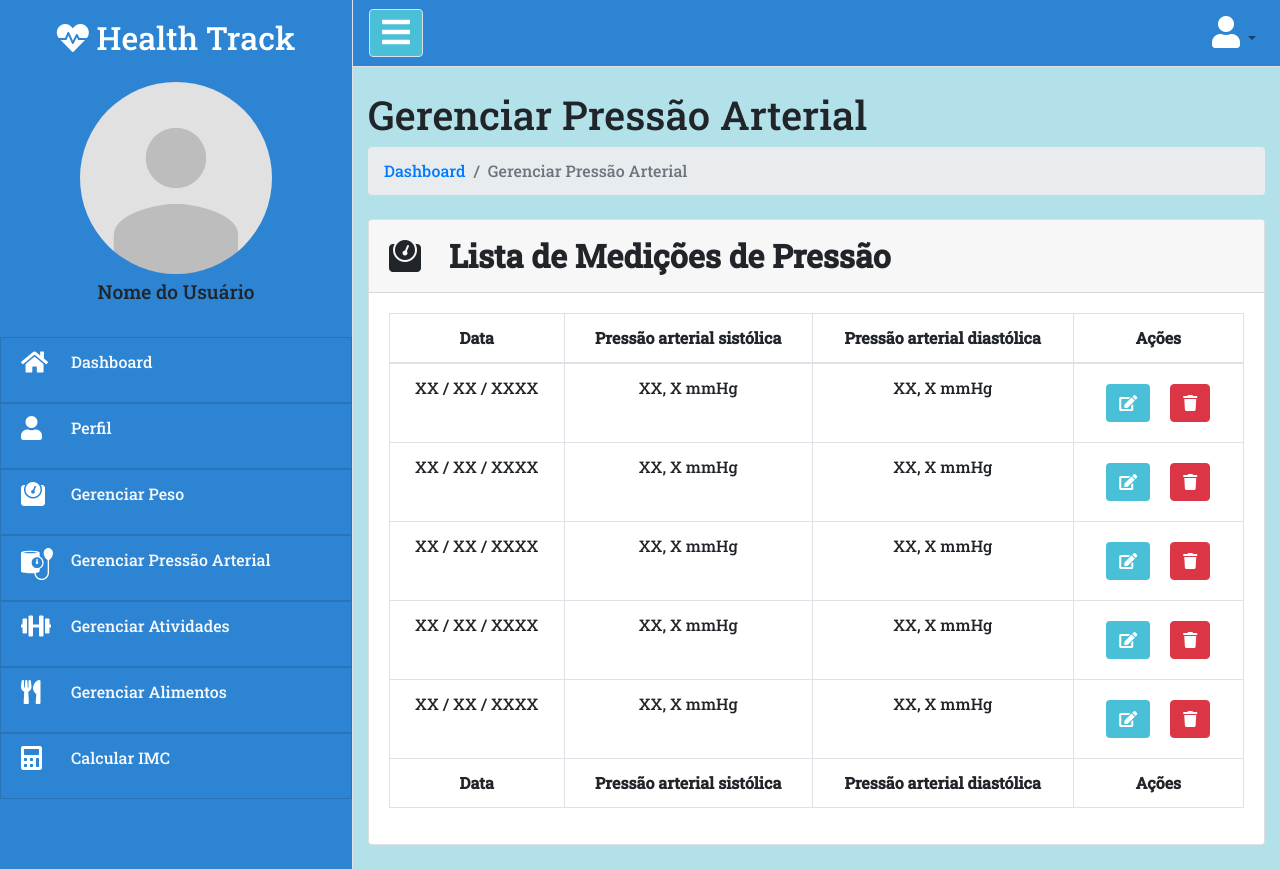
Repository: Kendysan88/projetoHealthTrack
Page: http://localhost/HealthTrack/blood-pressure.jsp
An editor plug-in stored every save of this project. The page is shown before and after the next save, followed by the edit.
The browser window is 1280 px wide. The pictures show the whole page.
Some web libraries are served in a nearby version. The page is served by Tomcat 9. Other server files are loaded and not shown.

Above is the page before, as saved 2020-11-02 15:47:44.
Console error: TypeError: Cannot read properties of null (reading 'length')

### Integration/HealthTrack/WebContent/blood-pressure.jsp
<%@ page language="java" contentType="text/html; charset=ISO-8859-1"
	pageEncoding="ISO-8859-1"%>
<!DOCTYPE html>
<html>
<head>
<meta charset="ISO-8859-1">
<title>Pressão Sanguínea</title>
<%@ include file="header.jsp"%>
</head>
<body>
	<main class="d-flex" id="recolhe-menu">

		<!-- Menu Lateral -->
		<%@ include file="menu-aside.jsp"%>
		<!-- Fim-->

		<!-- Conteúdo da Página -->
		<section id="conteudo-pagina">

			<!-- Menu para deslogar -->
			<%@ include file="menu-top.jsp"%>
			<!-- Fim -->

			<!-- Conteúdo Principal -->
			<div class="container-fluid">
				<h1 class="mt-4">Gerenciar Pressão Arterial</h1>
				<ol class="breadcrumb mb-4">
					<li class="breadcrumb-item"><a href="home.jsp">Dashboard</a></li>
					<li class="breadcrumb-item active">Gerenciar Pressão Arterial</li>
				</ol>
				<div class="card mb-4">
					<div class="card-header cartao-titulo">
						<i class="icone-cartao fas fa-weight"></i> Lista de Medições de
						Pressão
					</div>
					<div class="card-body">
						<div class="table-responsive text-center">
							<table class="table table-bordered" id="" width="100%"
								cellspacing="0">
								<thead>
									<tr>
										<th>Data</th>
										<th>Pressão arterial sistólica</th>
										<th>Pressão arterial diastólica</th>
										<th>Ações</th>
									</tr>
								</thead>
								<tfoot>
									<tr>
										<th>Data</th>
										<th>Pressão arterial sistólica</th>
										<th>Pressão arterial diastólica</th>
										<th>Ações</th>
									</tr>
								</tfoot>
								<tbody>
									<tr>
										<td>XX / XX / XXXX</td>
										<td>XX, X mmHg</td>
										<td>XX, X mmHg</td>
										<td>
											<button type="button" class="btn m-2 cor-botao"
												data-target="#modalPressao" data-toggle="modal">
												<i class="fas fa-edit"></i>
											</button>
											<button type="button" class="btn m-2 btn-danger">
												<i class="fas fa-trash"></i>
											</button>
										</td>
									</tr>
									<tr>
										<td>XX / XX / XXXX</td>
										<td>XX, X mmHg</td>
										<td>XX, X mmHg</td>
										<td>
											<button type="button" class="btn m-2 cor-botao">
												<i class="fas fa-edit"></i>
											</button>
											<button type="button" class="btn m-2 btn-danger">
												<i class="fas fa-trash"></i>
											</button>
										</td>
									</tr>
									<tr>
										<td>XX / XX / XXXX</td>
										<td>XX, X mmHg</td>
										<td>XX, X mmHg</td>
										<td>
											<button type="button" class="btn m-2 cor-botao">
												<i class="fas fa-edit"></i>
											</button>
											<button type="button" class="btn m-2 btn-danger">
												<i class="fas fa-trash"></i>
											</button>
										</td>
									</tr>
									<tr>
										<td>XX / XX / XXXX</td>
										<td>XX, X mmHg</td>
										<td>XX, X mmHg</td>
										<td>
											<button type="button" class="btn m-2 cor-botao">
												<i class="fas fa-edit"></i>
											</button>
											<button type="button" class="btn m-2 btn-danger">
												<i class="fas fa-trash"></i>
											</button>
										</td>
									</tr>
									<tr>
										<td>XX / XX / XXXX</td>
										<td>XX, X mmHg</td>
										<td>XX, X mmHg</td>
										<td>
											<button type="button" class="btn m-2 cor-botao">
												<i class="fas fa-edit"></i>
											</button>
											<button type="button" class="btn m-2 btn-danger">
												<i class="fas fa-trash"></i>
											</button>
										</td>
									</tr>
								</tbody>
							</table>
						</div>
					</div>
				</div>
			</div>
			<!-- Fim -->
		</section>
		<!-- Fim -->
	</main>

	<%@ include file="footer.jsp"%>

	<!-- Modal Pressão Sanguínea -->
	<%@ include file="blood-pressure-modal.jsp"%>
	<!-- Fim Modal Pressão Sanguínea -->
</body>
</html>

### Integration/HealthTrack/WebContent/header.jsp
<%@ page language="java" contentType="text/html; charset=ISO-8859-1"
    pageEncoding="ISO-8859-1"%>
<!DOCTYPE html>
<html>
<head>
<meta charset="ISO-8859-1">
<link rel="stylesheet" href="resources/css/bootstrap/bootstrap.min.css">
<link rel="stylesheet" href="resources/css/index.css">
<link rel="stylesheet" href="https://use.fontawesome.com/releases/v5.7.0/css/all.css" integrity="sha384-lZN37f5QGtY3VHgisS14W3ExzMWZxybE1SJSEsQp9S+oqd12jhcu+A56Ebc1zFSJ" crossorigin="anonymous">
<link href="https://fonts.googleapis.com/css2?family=Roboto+Slab:wght@500&display=swap" rel="stylesheet">
<title>Insert title here</title>
</head>
<body>
</body>
</html>

### Integration/HealthTrack/WebContent/menu-aside.jsp
<%@ page language="java" contentType="text/html; charset=ISO-8859-1"
	pageEncoding="ISO-8859-1"%>
<!DOCTYPE html>
<html>
<head>
<meta charset="ISO-8859-1">
<title>Insert title here</title>
</head>
<body>
	<aside class="cor-especial border-right" id="menu-lateral">
		<div class="menu-lateral-posicao">
			<div class="text-center">
				<p class="titulo-menu-lateral">
					<i class="icones-cabecalho fas fa-heartbeat"></i> Health Track
				</p>
				<img src="resources/img/avatar.png" class="img-fluid p-1 rounded-circle"
					alt="Foto do Usuário">
				<p>Nome do Usuário</p>
			</div>
		</div>
		<ul class="list-group list-group-flush">
			<li><a href="home.jsp"
				class="lista-lateral cor-especial list-group-item"> <i
					class="icones-menu-lateral fas fa-home"></i>
					<p>Dashboard</p>
			</a></li>
			<li><a href="user.jsp"
				class="lista-lateral cor-especial list-group-item"> <i
					class="icones-menu-lateral fas fa-user"></i>
					<p>Perfil</p>
			</a></li>
			<li><a href="weight.jsp"
				class="lista-lateral cor-especial list-group-item"> <i
					class="icones-menu-lateral fas fa-weight"></i>
					<p>Gerenciar Peso</p>
			</a></li>
			<li><a href="blood-pressure.jsp"
				class="lista-lateral cor-especial list-group-item"> <img
					src="resources/img/blood-pressure-white.svg"
					class="icone-pressao-arterial-branco">
					<p>Gerenciar Pressão Arterial</p>
			</a></li>
			<li><a href="physical-activity.jsp"
				class="lista-lateral cor-especial list-group-item"> <i
					class="icones-menu-lateral fas fa-dumbbell"></i>
					<p>Gerenciar Atividades</p>
			</a></li>
			<li><a href="food.jsp"
				class="lista-lateral cor-especial list-group-item"> <i
					class="icones-menu-lateral fas fa-utensils"></i>
					<p>Gerenciar Alimentos</p>
			</a></li>
			<li><a href="bmi.jsp"
				class="lista-lateral cor-especial list-group-item"> <i
					class="icones-menu-lateral fas fa-calculator"></i>
					<p>Calcular IMC</p>
			</a></li>
		</ul>
	</aside>
</body>
</html>

### Integration/HealthTrack/WebContent/menu-top.jsp
<%@ page language="java" contentType="text/html; charset=ISO-8859-1"
	pageEncoding="ISO-8859-1"%>
<!DOCTYPE html>
<html>
<head>
<meta charset="ISO-8859-1">
<title>Insert title here</title>
</head>
<body>
	<header>
		<nav
			class="navbar navbar-expand-lg navbar-light cor-especial border-bottom">
			<button class="btn cor-botao border" id="botao-recolhe">
				<i class="icones-cabecalho fas fa-bars"></i>
			</button>

			<button class="navbar-toggler cor-botao border" type="button"
				data-toggle="collapse" data-target="#menu-deslogar"
				aria-controls="menu-deslogar" aria-expanded="false"
				aria-label="Toggle navigation">
				<i class="icones-cabecalho fas fa-sign-out-alt"></i>
			</button>

			<div class="collapse navbar-collapse" id="menu-deslogar">
				<ul class="navbar-nav ml-auto mt-2 mt-lg-0">
					<li class="nav-item dropdown"><a
						class="nav-link dropdown-toggle" href="#" id="navbarDropdown"
						role="button" data-toggle="dropdown" aria-haspopup="true"
						aria-expanded="false"> <i class="icones-cabecalho fas fa-user"></i>
					</a>
						<div class="dropdown-menu dropdown-menu-right"
							aria-labelledby="navbarDropdown">
							<a class="dropdown-item" href="login.html">Deslogar</a>
						</div>
					</li>
				</ul>
			</div>
		</nav>
	</header>
</body>
</html>

### Integration/HealthTrack/WebContent/footer.jsp
<%@ page language="java" contentType="text/html; charset=ISO-8859-1"
    pageEncoding="ISO-8859-1"%>
<!DOCTYPE html>
<html>
<head>
<meta charset="ISO-8859-1">
<title>Insert title here</title>
</head>
<body>
    <script src="resources/js/jquery.min.js"></script>
    <script src="resources/js/bootstrap/bootstrap.min.js"></script>
    <script src="https://cdnjs.cloudflare.com/ajax/libs/Chart.js/2.8.0/Chart.min.js" crossorigin="anonymous"></script>
    <script src="resources/js/javascript.js"></script>
</body>
</html>

### Integration/HealthTrack/WebContent/blood-pressure-modal.jsp
<%@ page language="java" contentType="text/html; charset=ISO-8859-1"
	pageEncoding="ISO-8859-1"%>
<!DOCTYPE html>
<html>
<head>
<meta charset="ISO-8859-1">
<title></title>
</head>
<body>
	<div class="modal fade" id="modalPressao" tabindex="-1" role="dialog"
		aria-labelledby="exampleModalLabel" aria-hidden="true">
		<div class="modal-dialog">
			<div class="modal-content">
				<div class="modal-header">
					<h5 class="modal-title" id="modalPressao">Editar Pressão
						Arterial</h5>
					<button type="button" class="close" data-dismiss="modal"
						aria-label="Close">
						<span aria-hidden="true">&times;</span>
					</button>
				</div>
				<div class="modal-body">
					<form>
						<div class="form-row">
							<div class=" form-group col-md-6">
								<label for="">Pressão Arterial Sistólica</label> <input
									type="text" name="" id="" class="form-control">
							</div>
							<div class="form-group col-md-6">
								<label for="">Pressão Arterial Diastólica</label> <input
									type="text" name="" id="" class="form-control">
							</div>
						</div>
						<div class="form-row">
							<div class=" form-group col-md-6">
								<label for="">Data</label> <input type="date" name="" id=""
									class="form-control">
							</div>
							<div class="form-group col-md-6">
								<label for="">Horário</label> <input type="time" name="" id=""
									class="form-control">
							</div>
						</div>
					</form>
				</div>
				<div class="modal-footer">
					<button type="button" class="btn btn-secondary"
						data-dismiss="modal">Fechar</button>
					<button type="button" class="btn btn-primary">Salvar</button>
				</div>
			</div>
		</div>
	</div>
</body>
</html>

### Integration/HealthTrack/WebContent/resources/css/index.css
html {
  font-size: 1rem;
}

body {
  font-family: 'Roboto Slab', serif;
  overflow-x: hidden;
}
/* CSS DO LOGIN */

#bodyLogin {
  background-image: url(../img/bgHealthTrack.jpg);
  background-size: cover;
  background-repeat: no-repeat;
  background-attachment: fixed;
}

#card-tela-login {
  position: absolute;
  top: 50%;
  left: 50%;
  transform: translate(-50%, -50%);
  box-shadow: 1px 5px 30px rgb(195, 195, 195);
  background-color: #B3E1EA;
  width: 30rem;
  ;
}

/* Fim */

.cor-especial {
  background-color: #2C84D3;
}

.cor-botao {
  background-color: #49C0D7;
  color: #ffffff;
}

/* CSS do Cabeçalho e do Menu Lateral */

#menu-lateral {
  min-height: 100vh;
  margin-left: -22rem;
  -webkit-transition: margin .25s ease-out;
  -moz-transition: margin .25s ease-out;
  -o-transition: margin .25s ease-out;
  transition: margin .25s ease-out;
}

#menu-lateral .menu-lateral-posicao {
  padding: 0.875rem 1.25rem;
  font-size: 1.2rem;
}

#menu-lateral .list-group {
  width: 22rem;
}

#recolhe-menu.toggled #menu-lateral {
  margin-left: 0;
}

.lista-lateral p {
  margin-left: 50px;
}

.titulo-menu-lateral, .icones-cabecalho {
  font-size: 2rem;
  color: #ffffff;
}

.icones-menu-lateral {
  font-size: 1.5rem;
  color: #ffffff;
  float: left;
}

.icone-pressao-arterial-branco{
  float: left;
  width: 2rem;
  height: 2rem;
}

.icone-pressao-arterial-preto{
  margin-right: 20px;
  width: 2rem;
  height: 2rem;
}

a.lista-lateral {
  color: #F5F9FB;
  text-decoration: none;
}

a.lista-lateral:hover {
  background-color: #98C4D9;
}

/* fim */

#conteudo-pagina {
  min-width: 100vw;
  background-color: #B3E1EA;
}

.icone-cartao {
  margin-right: 20px;
  font-size: 2rem;
  width: 2rem;
  height: 2rem;
  font-weight: bold;
}

.cartao-texto, .cartao-titulo, .icones-rodape, .icones-login {
  font-size: 2rem;
  font-weight: bold;
}

.cartao-titulo-perfil {
  font-weight: 200;
  color: #ffffff;
}

/* Responsividade */

@media (max-width: 320px) {
  #card-tela-login {
    width: 19rem;
  }
}

/* Dispositivos Pequenos (Smartphones) */

@media (min-width: 360px) and (max-width: 640px) {
  #card-tela-login {
    width: 22rem;
  }
}
@media (min-width: 411px) and (max-width: 731px) {
  #card-tela-login {
    width: 25rem;
  }
}

/* Dispositivos Médios (Tablets) */

@media (min-width: 768px) and (max-width: 1024px) {
  #menu-lateral {
    margin-left: 0;
  }
  #conteudo-pagina {
    min-width: 0;
    width: 100%;
  }
  #recolhe-menu.toggled #menu-lateral {
    margin-left: -22rem;
  }
  #card-tela-login {
    width: 25rem;
  }
}

/* Dispositivos Grandes (Desktops) */
@media (min-width: 1200px) {
  #menu-lateral {
    margin-left: 0;
  }
  #conteudo-pagina {
    min-width: 0;
    width: 100%;
  }
  #recolhe-menu.toggled #menu-lateral {
    margin-left: -22rem;
  }
 }

 @include media-breakpoint-up(sm) {
  html {
    font-size: 1.2rem;
  }
}

@include media-breakpoint-up(md) {
  html {
    font-size: 1.4rem;
  }
}

@include media-breakpoint-up(lg) {
  html {
    font-size: 1.6rem;
  }
}

### Integration/HealthTrack/WebContent/resources/img/blood-pressure-white.svg
<?xml version="1.0"?>
<svg xmlns="http://www.w3.org/2000/svg" xmlns:xlink="http://www.w3.org/1999/xlink" xmlns:svgjs="http://svgjs.com/svgjs" version="1.1" width="512" height="512" x="0" y="0" viewBox="0 0 512 512" style="enable-background:new 0 0 512 512" xml:space="preserve" class=""><g>
<g xmlns="http://www.w3.org/2000/svg">
	<g>
		<g>
			<path d="M277.333,234.667c0-7.792-4.409-14.329-10.667-18.053v-35.28c0-5.896-4.771-10.667-10.667-10.667     s-10.667,4.771-10.667,10.667v35.28c-6.258,3.724-10.667,10.262-10.667,18.053c0,11.76,9.573,21.333,21.333,21.333     S277.333,246.427,277.333,234.667z" fill="#ffffff" data-original="#000000" style="" class=""/>
			<path d="M437.333,0c-41.865,0-74.667,37.479-74.667,85.333c0,34.341,25.902,95.176,64,105.121v204.212c0,52.938-43.063,96-96,96     c-50.943,0-92.335-39.995-95.411-90.176c33.447-4.255,63.411-12.215,63.411-27.158v-41.042c37.604-16.507,64-53.997,64-97.625     c0-43.628-26.396-81.119-64-97.625V74.667c0-30.458-124.396-32-149.333-32S0,44.208,0,74.667v298.667     c0,30.458,124.396,32,149.333,32c10.102,0,36.546-0.289,64.408-2.615C217.91,463.66,268.686,512,330.667,512     C395.365,512,448,459.365,448,394.667V190.454c38.098-9.945,64-70.78,64-105.121C512,37.479,479.198,0,437.333,0z M32.781,74.667     C54.427,69.375,98.667,64,149.333,64C200,64,244.24,69.375,265.885,74.667C244.24,79.958,200,85.333,149.333,85.333     C98.667,85.333,54.427,79.958,32.781,74.667z M170.667,234.667c0-47.052,38.281-85.333,85.333-85.333     s85.333,38.281,85.333,85.333C341.333,281.719,303.052,320,256,320S170.667,281.719,170.667,234.667z" fill="#ffffff" data-original="#000000" style="" class=""/>
		</g>
	</g>
</g>
<g xmlns="http://www.w3.org/2000/svg">
</g>
<g xmlns="http://www.w3.org/2000/svg">
</g>
<g xmlns="http://www.w3.org/2000/svg">
</g>
<g xmlns="http://www.w3.org/2000/svg">
</g>
<g xmlns="http://www.w3.org/2000/svg">
</g>
<g xmlns="http://www.w3.org/2000/svg">
</g>
<g xmlns="http://www.w3.org/2000/svg">
</g>
<g xmlns="http://www.w3.org/2000/svg">
</g>
<g xmlns="http://www.w3.org/2000/svg">
</g>
<g xmlns="http://www.w3.org/2000/svg">
</g>
<g xmlns="http://www.w3.org/2000/svg">
</g>
<g xmlns="http://www.w3.org/2000/svg">
</g>
<g xmlns="http://www.w3.org/2000/svg">
</g>
<g xmlns="http://www.w3.org/2000/svg">
</g>
<g xmlns="http://www.w3.org/2000/svg">
</g>
</g></svg>

### Integration/HealthTrack/WebContent/resources/js/javascript.js
$("#botao-recolhe").click(function (e) {
    e.preventDefault();
    $("#recolhe-menu").toggleClass("toggled");
});

// Gráfico de Area
var ctx = document.getElementById("myAreaChart");
var myLineChart = new Chart(ctx, {
  type: 'line',
  data: {
    labels: ["Janeiro", "Fevereiro", "Março", "Abril", "Maio", "Junho"],
    datasets: [{
      label: "Minutos",
      lineTension: 0.3,
      backgroundColor: "rgba(2,117,216,0.2)",
      borderColor: "rgba(2,117,216,1)",
      pointRadius: 5,
      pointBackgroundColor: "rgba(2,117,216,1)",
      pointBorderColor: "rgba(255,255,255,0.8)",
      pointHoverRadius: 5,
      pointHoverBackgroundColor: "rgba(2,117,216,1)",
      pointHitRadius: 50,
      pointBorderWidth: 2,
      data: [99, 112, 105, 101, 120, 100],
    }],
  },
  options: {
    scales: {
      xAxes: [{
        time: {
          unit: 'date'
        },
        gridLines: {
          display: false
        },
        ticks: {
          maxTicksLimit: 7
        }
      }],
      yAxes: [{
        ticks: {
          min: 0,
          max: 120,
          maxTicksLimit: 5
        },
        gridLines: {
          color: "rgba(0, 0, 0, .125)",
        }
      }],
    },
    legend: {
      display: false
    }
  }
});
//Fim

// Gráfico de Barra
var ctx = document.getElementById("myBarChart");
var myLineChart = new Chart(ctx, {
  type: 'bar',
  data: {
    labels: ["Janeiro", "Fevereiro", "Março", "Abril", "Maio", "Junho"],
    datasets: [{
      label: "Peso",
      backgroundColor: "rgba(2,117,216,1)",
      borderColor: "rgba(2,117,216,1)",
      data: [78, 80, 78, 75, 70, 70],
    }],
  },
  options: {
    scales: {
      xAxes: [{
        time: {
          unit: 'month'
        },
        gridLines: {
          display: false
        },
        ticks: {
          maxTicksLimit: 6
        }
      }],
      yAxes: [{
        ticks: {
          min: 0,
          max: 200,
          maxTicksLimit: 5
        },
        gridLines: {
          display: true
        }
      }],
    },
    legend: {
      display: false
    }
  }
});
//Fim

Loaded but not shown: Integration/HealthTrack/WebContent/resources/css/bootstrap/bootstrap.min.css (library); Integration/HealthTrack/WebContent/resources/js/jquery.min.js (library); Integration/HealthTrack/WebContent/resources/js/bootstrap/bootstrap.min.js (library)

After the next save:
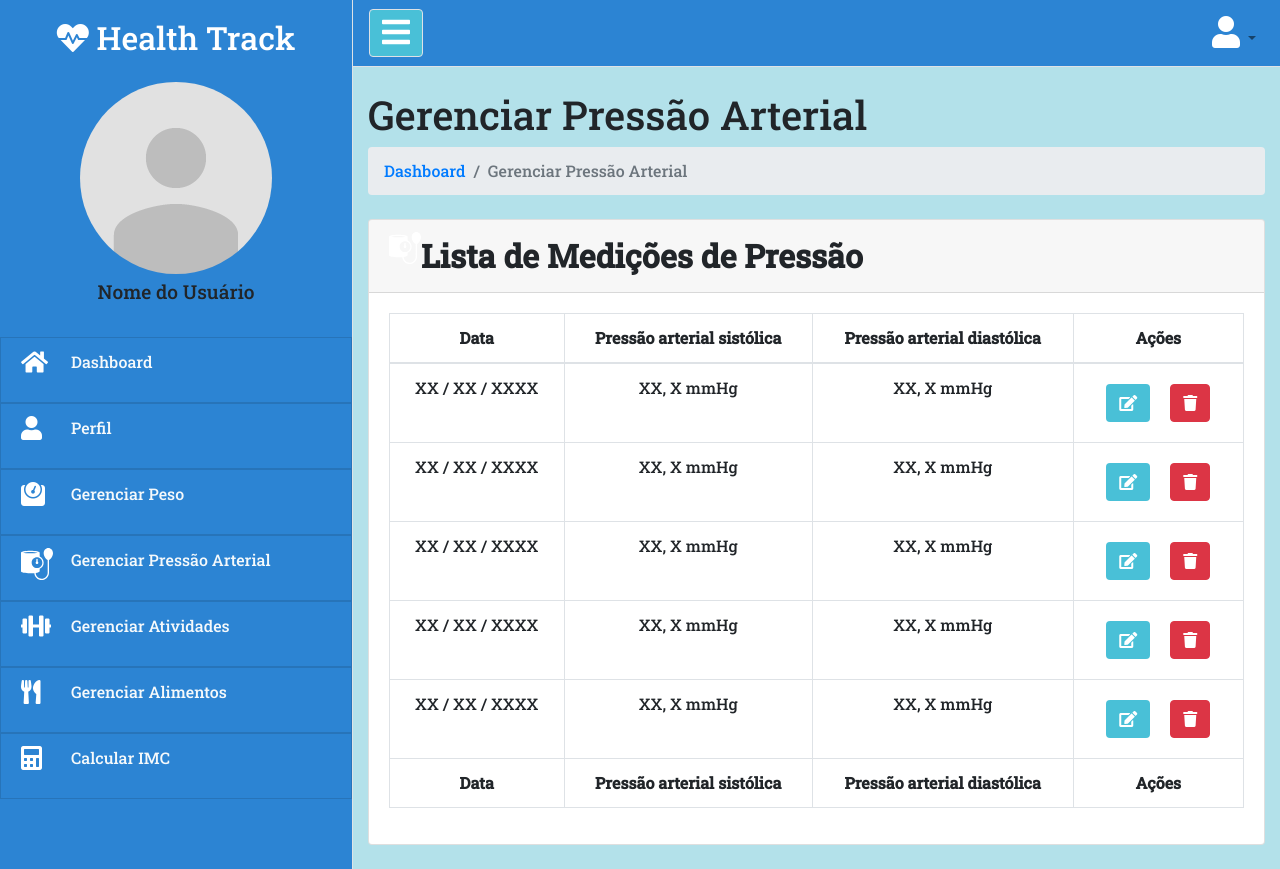
Saved 4 min 35 s later.
--- a/Integration/HealthTrack/WebContent/blood-pressure.jsp
+++ b/Integration/HealthTrack/WebContent/blood-pressure.jsp
@@ -30,7 +30,8 @@
 				</ol>
 				<div class="card mb-4">
 					<div class="card-header cartao-titulo">
-						<i class="icone-cartao fas fa-weight"></i> Lista de Medições de
+						<img src="resources/img/blood-pressure-white.svg"
+					class="icone-pressao-arterial-branco"> Lista de Medições de
 						Pressão
 					</div>
 					<div class="card-body">
